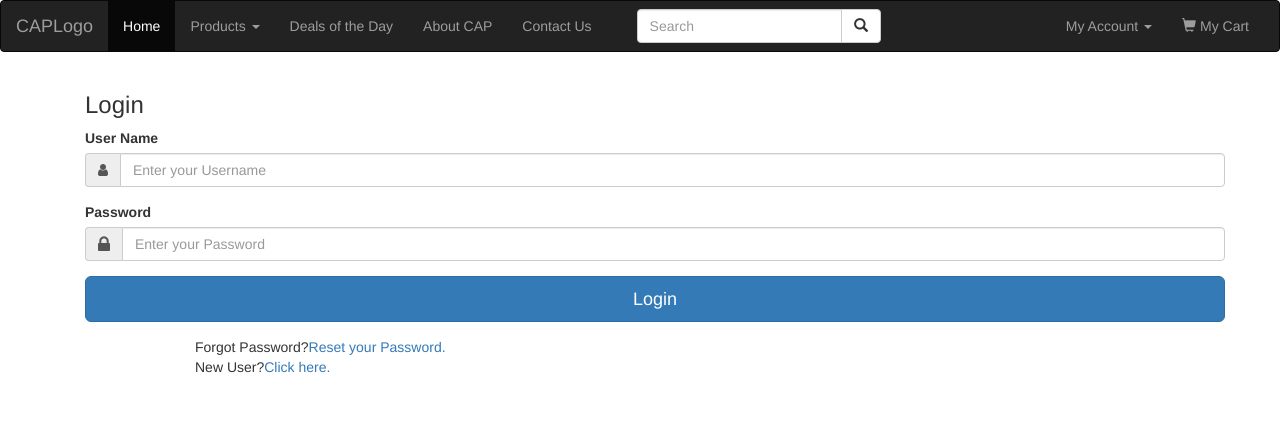
Repository: Guru-Raghavendran/CoinsAndPapers_webapp
Page: http://localhost/FrontEnd/WEB-INF/views/Login.jsp
The author's editor kept a copy of each file at every save. The page is drawn from the files as they stood at one save, then again after the next save.
The browser window is 1280 px wide. The pictures show the whole page.
Some web fonts or font styles are not loaded; a fallback is used. Some web libraries are served in a nearby version. The page is served by Tomcat 9. Nobody is signed in. Other server files are loaded and not shown. The template is opened directly, without the code that normally fills it, so the values that code supplies are empty.

Above is the page before, as saved 2018-04-16 08:01:49.

### FrontEnd/src/main/webapp/WEB-INF/views/Login.jsp
<!DOCTYPE html>
<html>
<head>
<title>Login to CAP account</title>

<!-- Latest compiled and minified CSS -->
<link rel="stylesheet"
	href="https://maxcdn.bootstrapcdn.com/bootstrap/3.3.7/css/bootstrap.min.css">
<!-- jQuery library -->
<script
	src="https://ajax.googleapis.com/ajax/libs/jquery/3.3.1/jquery.min.js"></script>
<!-- Latest compiled JavaScript -->
<script
	src="https://maxcdn.bootstrapcdn.com/bootstrap/3.3.7/js/bootstrap.min.js"></script>
<!-- Website Font style -->
<link rel="stylesheet"
	href="https://maxcdn.bootstrapcdn.com/font-awesome/4.6.1/css/font-awesome.min.css">
<!-- Google Fonts -->
<link href='https://fonts.googleapis.com/css?family=Passion+One'
	rel='stylesheet' type='text/css'>
<link href='https://fonts.googleapis.com/css?family=Oxygen'
	rel='stylesheet' type='text/css'>
<style>
</style>
</head>

<body>

	<%@include file="NavBar.jsp" %>

	<div class="container">
		<div class="contentSection"><!--  style="display: flex; -->
			<div class="registerForm1"></div>
			<div class="loginForm">
				<div class="container">

					<h3>Login</h3>
					<form class="" method="post" action="#">

						<div class="form-group">
							<label for="username" class="cols-sm-2 control-label">User Name</label>
							<div class="cols-sm-10">
								<div class="input-group">
									<span class="input-group-addon"><i class="fa fa-user fa"
										aria-hidden="true"></i></span> <input type="text"
										class="form-control" name="username" id="username"
										placeholder="Enter your Username" />
								</div>
							</div>
						</div>

						<div class="form-group">
							<label for="password" class="cols-sm-2 control-label">Password</label>
							<div class="cols-sm-10">
								<div class="input-group">
									<span class="input-group-addon"><i
										class="fa fa-lock fa-lg" aria-hidden="true"></i></span> <input
										type="password" class="form-control" name="password"
										id="password" placeholder="Enter your Password" />
								</div>
							</div>
						</div>

						<div class="form-group ">
							<a href="" target="_blank" type="button" id="button"
								class="btn btn-primary btn-lg btn-block login-button">Login</a>
						</div>
					</form>
					<span style="padding-left: 110px">Forgot Password?<a
						href="reset">Reset your Password.</a></span> <br> <span
						style="padding-left: 110px">New User?<a href="SignUp">Click
							here.</a></span>

				</div>
			</div>
			<div class="registerForm2"></div>
		</div>
	</div>

</body>
</html>

### FrontEnd/src/main/webapp/WEB-INF/views/NavBar.jsp
<%@page isELIgnored="false" %>
     <%@taglib uri="http://java.sun.com/jsp/jstl/core" prefix="c"%>
     <%@taglib uri="http://www.springframework.org/tags/form" prefix="form"%>
<!DOCTYPE html>
<html>
<head>
<meta http-equiv="Content-Type" content="text/html; charset=ISO-8859-1">

</head>
<body>

	<nav class="navbar navbar-inverse">
		<div class="container-fluid">
			<div class="navbar-header">
				<button type="button" class="navbar-toggle" data-toggle="collapse"
					data-target="#myNavbar">
					<span class="icon-bar"></span> <span class="icon-bar"></span> <span
						class="icon-bar"></span>
				</button>
				<a class="navbar-brand" href="#">CAPLogo</a>
			</div>
			<div class="collapse navbar-collapse" id="myNavbar">
				<ul class="nav navbar-nav">
					<li class="active"><a href=" ">Home</a></li>

					<li class="dropdown"><a class="dropdown-toggle"
						data-toggle="dropdown" href="#">Products <span class="caret"></span></a>
						<ul class="dropdown-menu">
							<li class="dropdown-header">Coins</li>
							<li><a href="#">Indian New Coins</a></li>
							<li><a href="#">Indian Ancient Coins</a></li>
							<li><a href="#">Foreign New Coins</a></li>
							<li><a href="#">Foreign Ancient Coins</a></li>
							<li class="divider"></li>
							<li class="dropdown-header">Stamps</li>
							<li><a href="#">Indian New Stamps</a></li>
							<li><a href="#">Indian Ancient Stamps</a></li>
							<li><a href="#">Foreign New Stamps</a></li>
							<li><a href="#">Foreign Ancient Stamps</a></li>
						</ul></li>


					<li><a href="#">Deals of the Day</a></li>
					<li><a href="AboutUs">About CAP</a></li>
					<li><a href="ContactUs">Contact Us</a></li>
					</ul>
					<div class="col-sm-3 col-md-3">
        <form class="navbar-form " role="search">
        <div class="input-group">
            <input type="text" class="form-control" placeholder="Search" name="q">
            <div class="input-group-btn" >
                <button class="btn btn-default" type="submit"><i class="glyphicon glyphicon-search"></i></button>
            </div>
        </div>
        </form>
    </div>

				<ul class="nav navbar-nav navbar-right">

					<li class="dropdown"><a class="dropdown-toggle"
						data-toggle="dropdown" href="#">My Account <span class="caret"></span></a>
						<ul class="dropdown-menu">


							<li><a href="Login"><span
									class="glyphicon glyphicon-user"></span> Login</a></li>
							<li><a href="SignUp"><span
									class="glyphicon glyphicon-user"></span> Sign Up</a></li>
						</ul></li>
					<li><a href="#"><span
							class="glyphicon glyphicon-shopping-cart"></span> My Cart</a></li>
				</ul>
			</div>
		</div>
	</nav>




</body>
</html>

After the next save:
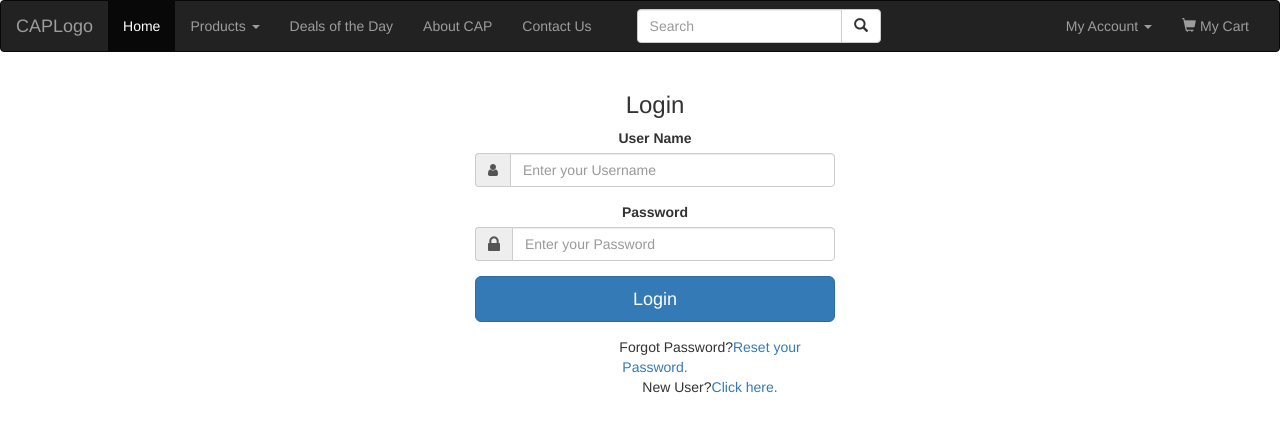
Saved 44 s later.
--- a/FrontEnd/src/main/webapp/WEB-INF/views/Login.jsp
+++ b/FrontEnd/src/main/webapp/WEB-INF/views/Login.jsp
@@ -33,7 +33,8 @@
 			<div class="registerForm1"></div>
 			<div class="loginForm">
 				<div class="container">
-
+				<div class="row">
+		<div class="col-md-4 col-md-offset-4 text-center">
 					<h3>Login</h3>
 					<form class="" method="post" action="#">
 
